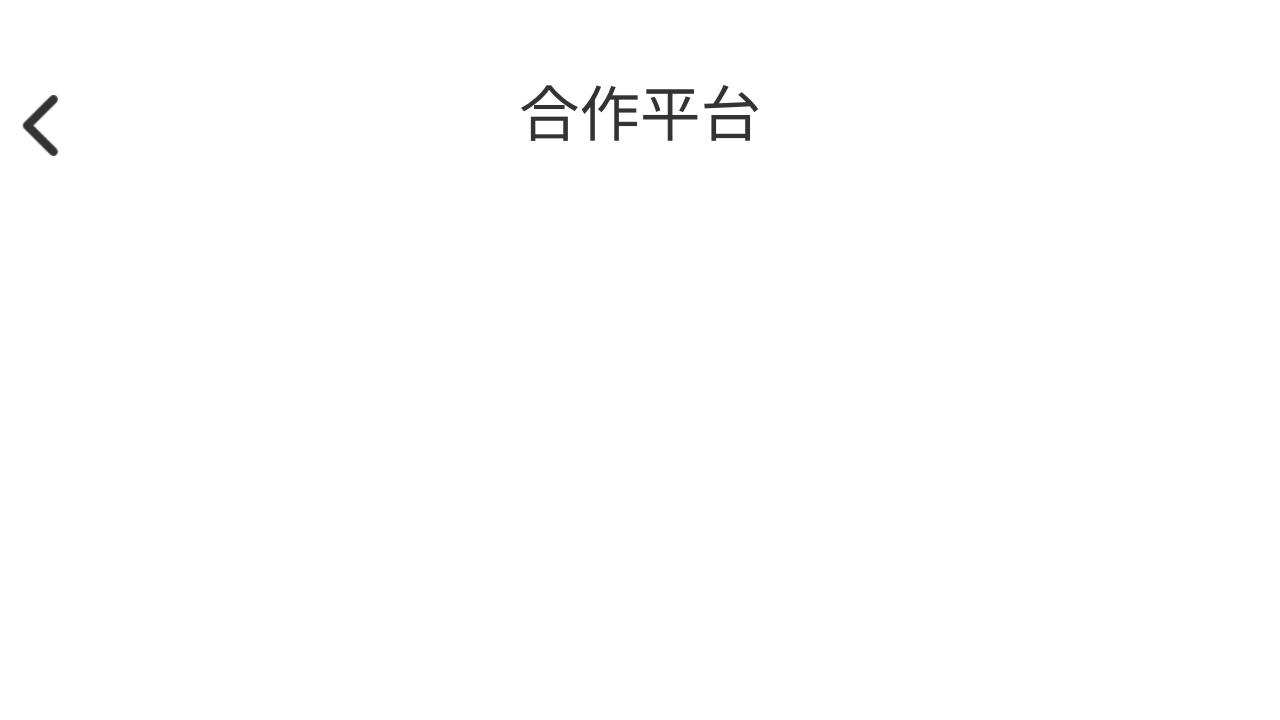
Repository: GgoodBoy/js-object
Page: jquery懒加载/platObj/platForm.html
The author's editor kept a copy of each file at every save. The page is drawn from the files as they stood at one save, then again after the next save.
The browser window is 1280 px wide. The pictures show the whole page.
Some web libraries are served in a nearby version.

Above is the page before, as saved 2019-10-15 13:54:40.

### jquery懒加载/platObj/platForm.html
<!DOCTYPE html PUBLIC "-//WAPFORUM//DTD XHTML Mobile 1.0//EN" "http://www.wapforum.org/DTD/xhtml-mobile10.dtd">
<html>
<head>
  <meta charset="utf-8">
  <meta name="viewport" content="width=device-width,initial-scale=1.0,maximum-scale=1.0,minimum=1.0,user-scalable=no">
  <meta name="format-detection" content="telephone=no, email=no">
  <meta name="apple-mobile-web-app-capable" content="yes">
  <meta http-equiv="Content-Security-Policy" content="script-src 'self' *.alicdn.com *.qq.com *.wx.qq.com *.7moor.com * *.youfushuyuan.com *.xueguoxue.com *.sohu.com 'unsafe-inline' 'unsafe-eval'">

</head>

<body>
  <div id="platFormId">
    <div class="titleNav">
        <img class="imgInf" src="./img/returnImg.png"/>
        合作平台
    </div>
    <div class="platList"></div>
  </div>
</body>
<script src="http://libs.baidu.com/jquery/2.0.0/jquery.min.js"></script>
<script>
!(function(doc, win) {
    var docEle = doc.documentElement,
        evt = "onorientationchange" in window ? "orientationchange" : "resize",
        fn = function() {
            var width = docEle.clientWidth;
            width && (docEle.style.fontSize = Math.ceil(42 * (width / 320)) + "px");
        };

    win.addEventListener(evt, fn, false);
    doc.addEventListener("DOMContentLoaded", fn, false);

}(document, window));
</script>
<style>
html{
    -ms-text-size-adjust: 100%;
    -webkit-text-size-adjust: 100%;
    background: 0 0;
    color: #000;
    -moz-user-select: none;
    -khtml-user-select: none;
    user-select: none;
    width: 100%;
    height: 100%;
}
#platFormId{
    position: relative;
    background: #F4F4F4;
}
#platFormId .titleNav{
    text-align: center;
    width: 100%;
    height: 1.28rem;
    font-size: 0.36rem;
    line-height: 1.28rem;
    color: #333333;
    background: #fff;
}
#platFormId .titleNav .imgInf{
    position: absolute;
    left: 0;
    width: 0.36rem;
    bottom: 0.4rem;
}
#platFormId .platList{

}
</style>
</html>

After the next save:
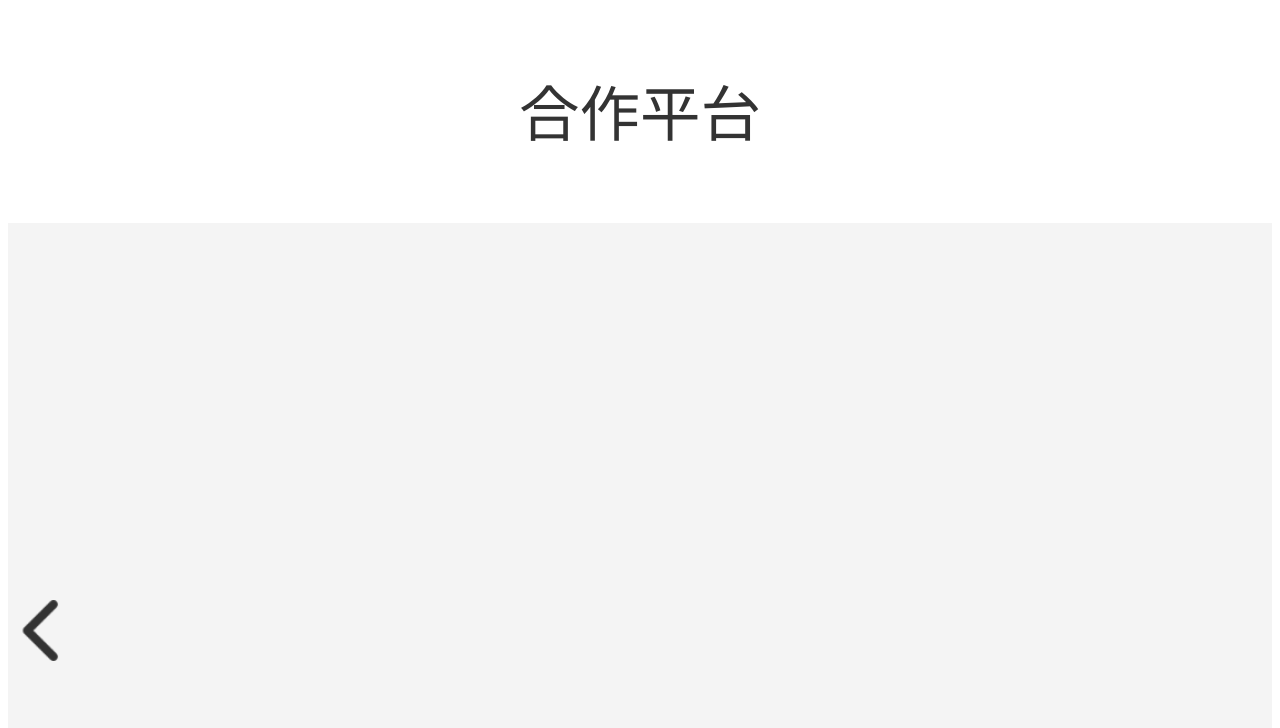
Saved 17 s later.
--- a/jquery懒加载/platObj/platForm.html
+++ b/jquery懒加载/platObj/platForm.html
@@ -65,7 +65,7 @@
     bottom: 0.4rem;
 }
 #platFormId .platList{
-
+    height: calc(100vh - 1.28rem);
 }
 </style>
 </html>
